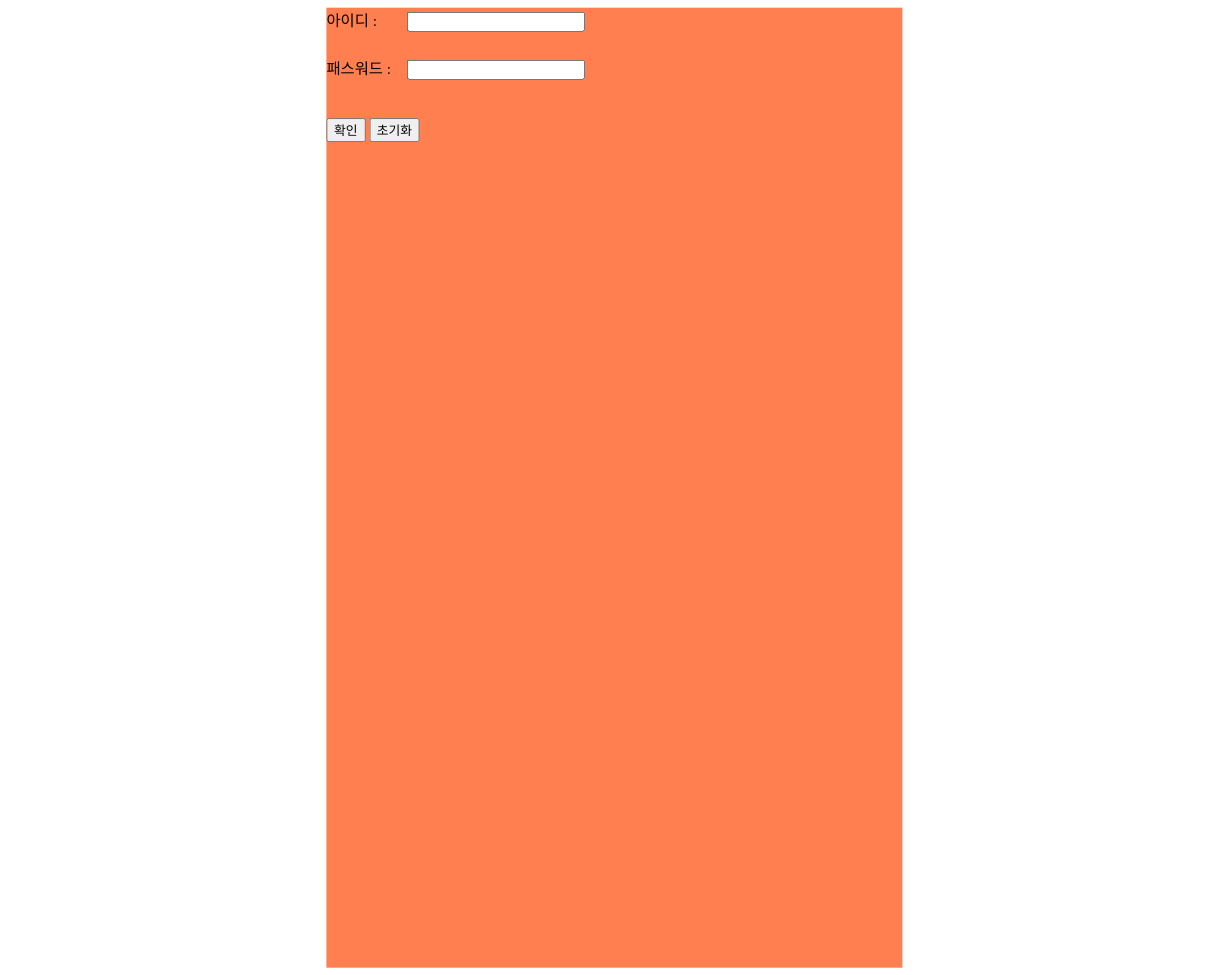
Repository: song-tata/jsp_servlet
Page: chap06/webContants/login.html
These files come from the project's save history. The page is drawn as it stood at one moment and after the next save; the edit follows.
The browser window is 1280 px wide. The pictures show the whole page, at 96% of full size.

Above is the page before, as saved 2023-05-17 06:35:26.

### chap06/webContants/login.html
<!DOCTYPE html>
<html>
<head>
<meta charset="EUC-KR">
<title>login page</title>
<style type="text/css">
.wrap {
	width: 600px;
	height: 1000px;
	margin: auto;
	background-color: coral;
}

.idwrap {
	width: 100%;
	height: 50px;
	margin: auto;
}
.idwrap>label{
	display: inline-block;
	width: 80px
}
.passwordwrap>label{
	display: inline-block;
	width: 80px
}
.buttonwrap{
margin: 40px auto;

}
</style>
</head>
<body>
	<form action="post" class="wrap">
		<div class="idwrap">
			<label>아이디 : </label> <input type="text" id="id">
		</div>
		<div class="passwordwrap">
			<label>패스워드 : </label> <input type="text" id="password">
		</div>
		<div class="buttonwrap">
			<button type="submit">확인</button>
			<button type="reset">초기화</button>
		</div>
	</form>
</body>
</html>

After the next save:
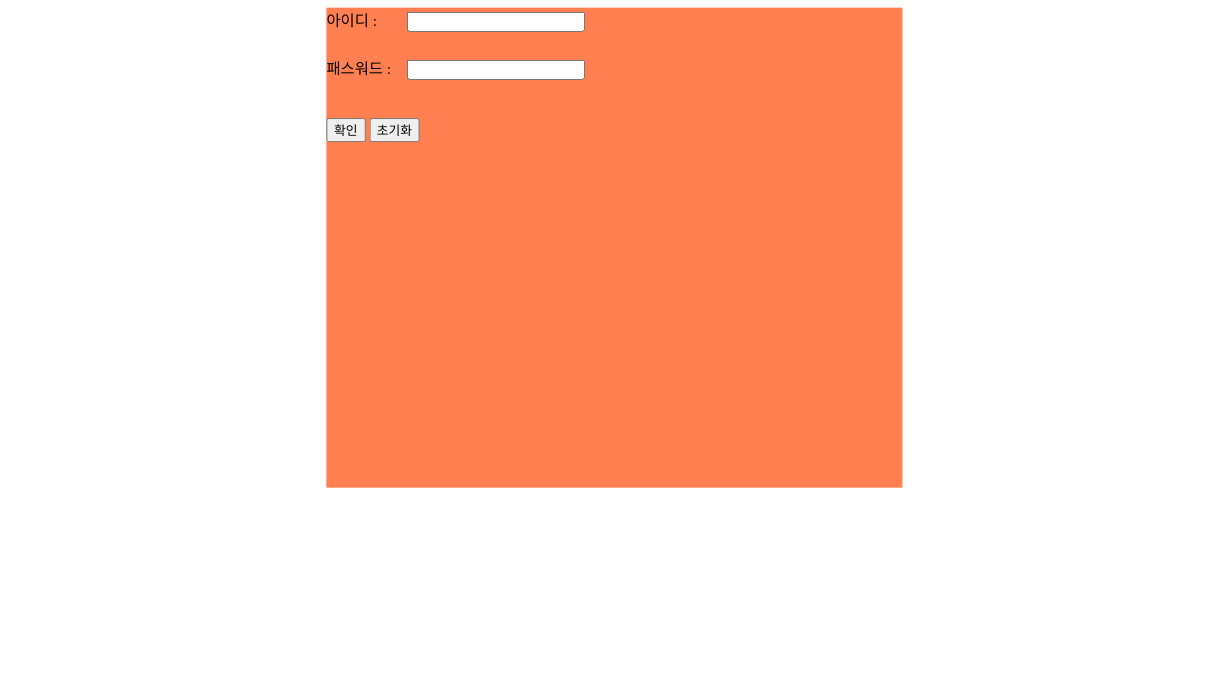
Saved 12 s later.
--- a/chap06/webContants/login.html
+++ b/chap06/webContants/login.html
@@ -6,7 +6,7 @@
 <style type="text/css">
 .wrap {
 	width: 600px;
-	height: 1000px;
+	height: 500px;
 	margin: auto;
 	background-color: coral;
 }
